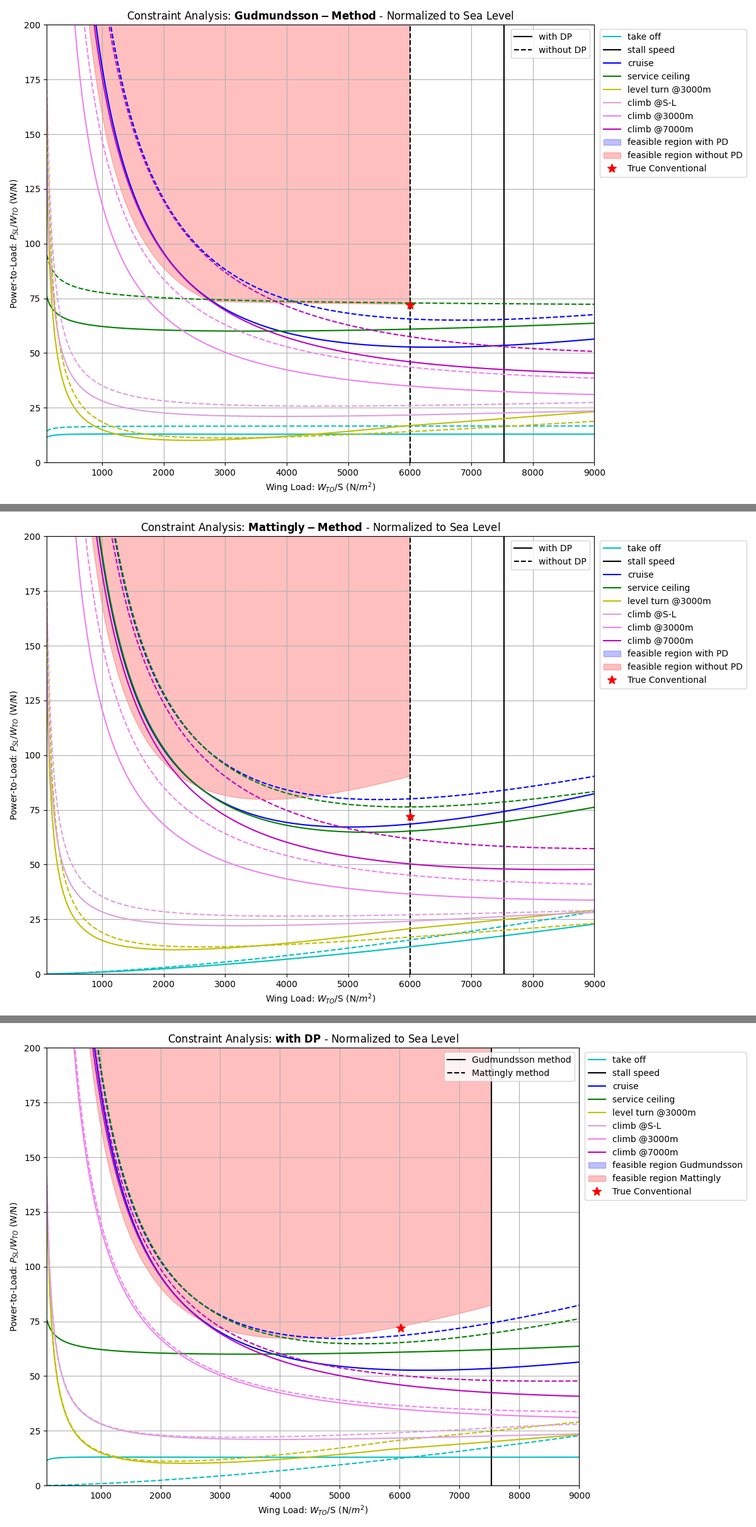
Repository: 12libao/DEA
Script's output: python Sizing_Method/ConstrainsAnalysis/ConstrainsAnalysisPD.py
An editor plug-in stored every save of this project. The script's output is shown before and after a run of saves, followed by the edit.
The pictures are shown at 63% of full size.
Each picture stacks the figures in order, with grey between them; figures that are only written to a file come last. Random numbers start from a fixed seed.

Above is the script's output before, as saved 2021-07-14 16:19:00.

After the next 2 saves:
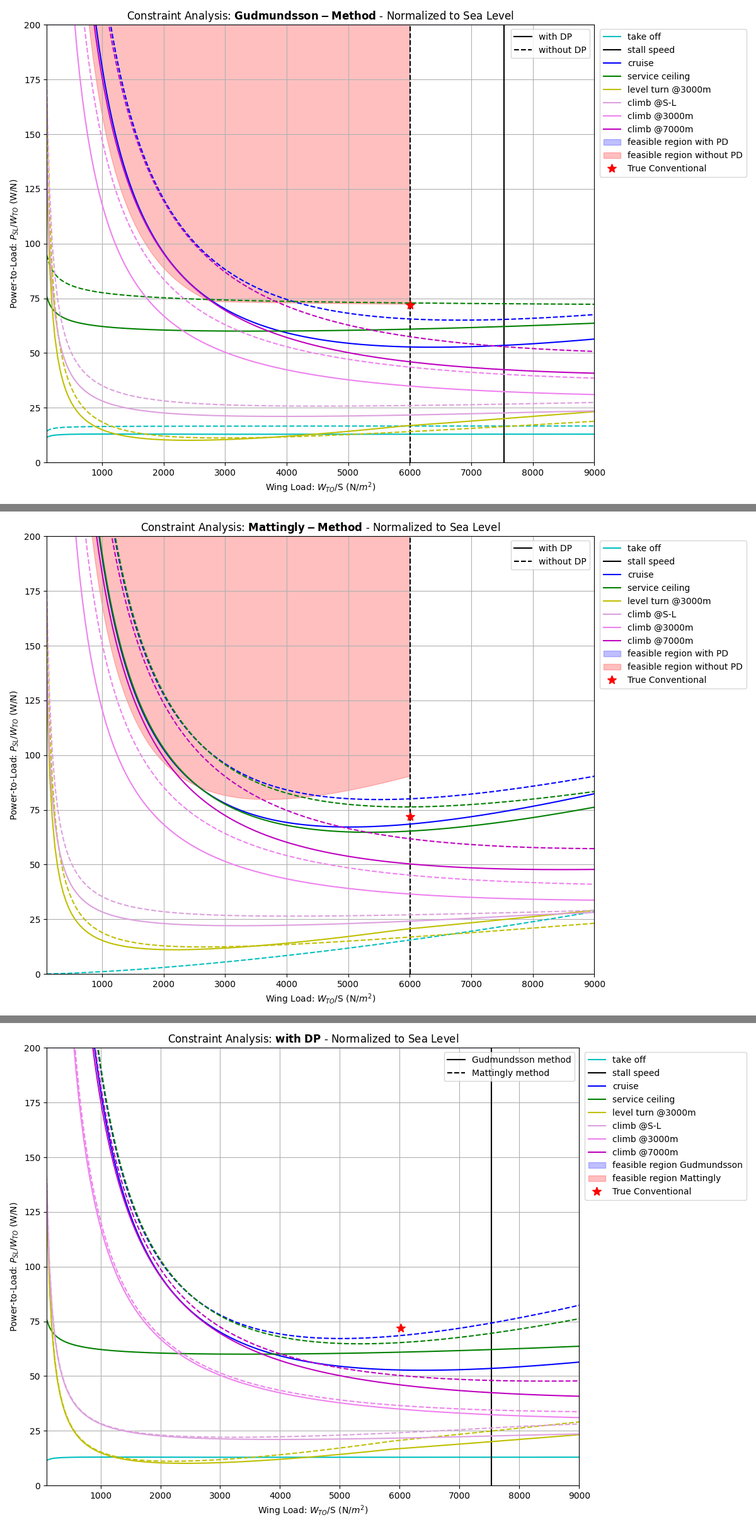
The 2 saves are shown as one change because they came seconds apart.
The last was saved 2 min 41 s later.
--- a/Sizing_Method/ConstrainsAnalysis/ConstrainsAnalysisPD.py
+++ b/Sizing_Method/ConstrainsAnalysis/ConstrainsAnalysisPD.py
@@ -125,7 +125,8 @@ class ConstrainsAnalysis_Mattingly_Method_with_DP:
         p_w = ConstrainsAnalysis_Mattingly_Method_with_DP.master_equation(self, n=1, dh_dt=roc, dV_dt=0)
         return p_w
 
-    allFuncs = [take_off, stall_speed, cruise, service_ceiling, level_turn, climb]
+    allFuncs = [stall_speed, take_off,  cruise,
+                service_ceiling, level_turn, climb]
 
 
 class ConstrainsAnalysis_Gudmundsson_Method_with_DP:
